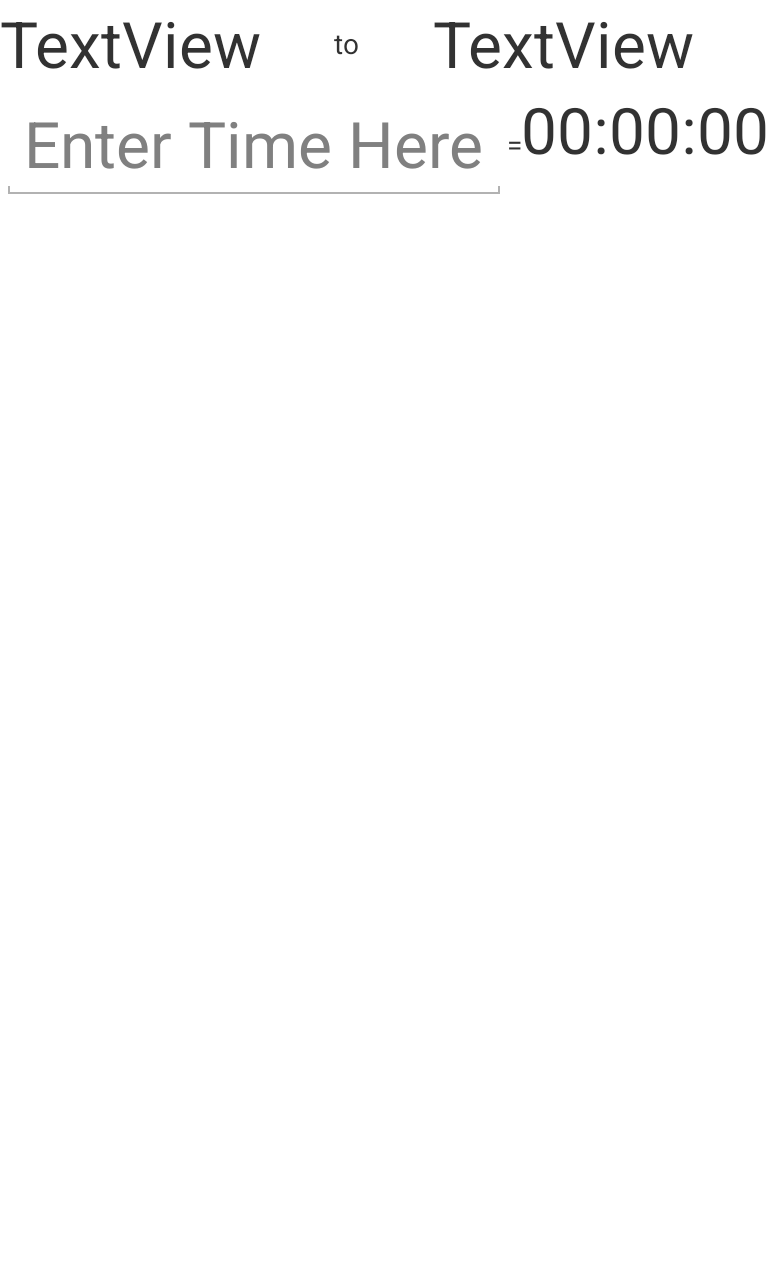
Repository: downinew/AndroidCoachesRaceTimer
Layout: CoachesRaceTimer/res/layout/convert_dialog.xml
These files come from the project's save history. The layout is drawn as it stood at one moment and after a run of saves; the edit follows.
It is drawn on a 768 x 1280 px phone screen (xhdpi) without system bars, with theme AppTheme; the app's code is not run.

Above is the layout before, as saved 2015-02-19 02:24:53.

### CoachesRaceTimer/res/layout/convert_dialog.xml
<?xml version="1.0" encoding="utf-8"?>
<LinearLayout xmlns:android="http://schemas.android.com/apk/res/android"
    android:layout_width="match_parent"
    android:layout_height="match_parent"
    android:orientation="vertical" >

    <LinearLayout
        android:layout_width="match_parent"
        android:layout_height="wrap_content"
        android:orientation="horizontal">

        <TextView
            android:id="@+id/convertItem1"
            android:layout_width="wrap_content"
            android:layout_gravity="start"
            android:layout_weight="1"
            android:textSize="32sp"
            android:layout_height="wrap_content"
            android:text="TextView" />

        <TextView
            android:id="@+id/toText"
            android:layout_width="wrap_content"
            android:layout_weight="1"
            android:layout_gravity="center"
            android:layout_height="wrap_content"
            android:text="to" />

        <TextView
            android:id="@+id/convertItem2"
            android:layout_width="wrap_content"
            android:layout_gravity="end"
            android:layout_weight="1"
            android:textSize="32sp"
            android:layout_height="wrap_content"
            android:text="TextView" />

    </LinearLayout>
    <LinearLayout
        android:layout_width="match_parent"
        android:layout_height="wrap_content"
        android:orientation="horizontal">

        <EditText
            android:id="@+id/convertTime1"
            android:layout_width="wrap_content"
            android:layout_height="wrap_content"
            android:layout_gravity="start"
            android:hint="Enter Time Here"
            android:textSize="32sp" />

        <TextView
            android:id="@+id/equalText"
            android:layout_width="wrap_content"
            android:layout_height="wrap_content"
            android:layout_gravity="center"
            android:layout_weight="0.22"
            android:gravity="center"
            android:text="=" />

        <TextView
            android:id="@+id/convertTime2"
            android:layout_width="wrap_content"
            android:layout_height="wrap_content"
            android:layout_gravity="end"
            android:text="00:00:00"
            android:textSize="32sp" />

    </LinearLayout>




</LinearLayout>

Loaded but not shown: CoachesRaceTimer/res/values/styles.xml (common file); CoachesRaceTimer/res/values-v11/styles.xml (common file); CoachesRaceTimer/res/values-v14/styles.xml (common file)

After the next 3 saves:
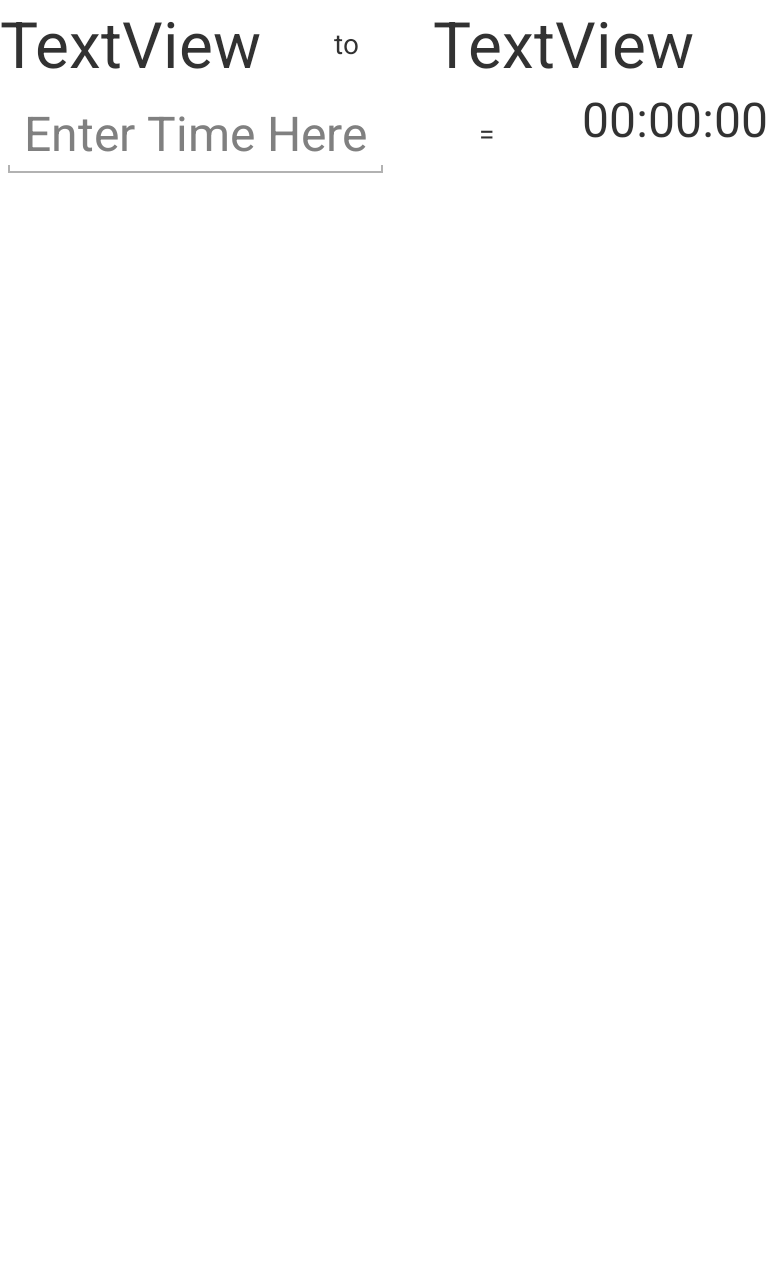
The 3 saves are shown as one change because they came seconds apart.
The last was saved 12 s later.
--- a/CoachesRaceTimer/res/layout/convert_dialog.xml
+++ b/CoachesRaceTimer/res/layout/convert_dialog.xml
@@ -47,7 +47,7 @@
             android:layout_height="wrap_content"
             android:layout_gravity="start"
             android:hint="Enter Time Here"
-            android:textSize="32sp" />
+            android:textSize="24sp" />
 
         <TextView
             android:id="@+id/equalText"
@@ -64,7 +64,7 @@
             android:layout_height="wrap_content"
             android:layout_gravity="end"
             android:text="00:00:00"
-            android:textSize="32sp" />
+            android:textSize="24sp" />
 
     </LinearLayout>
 
